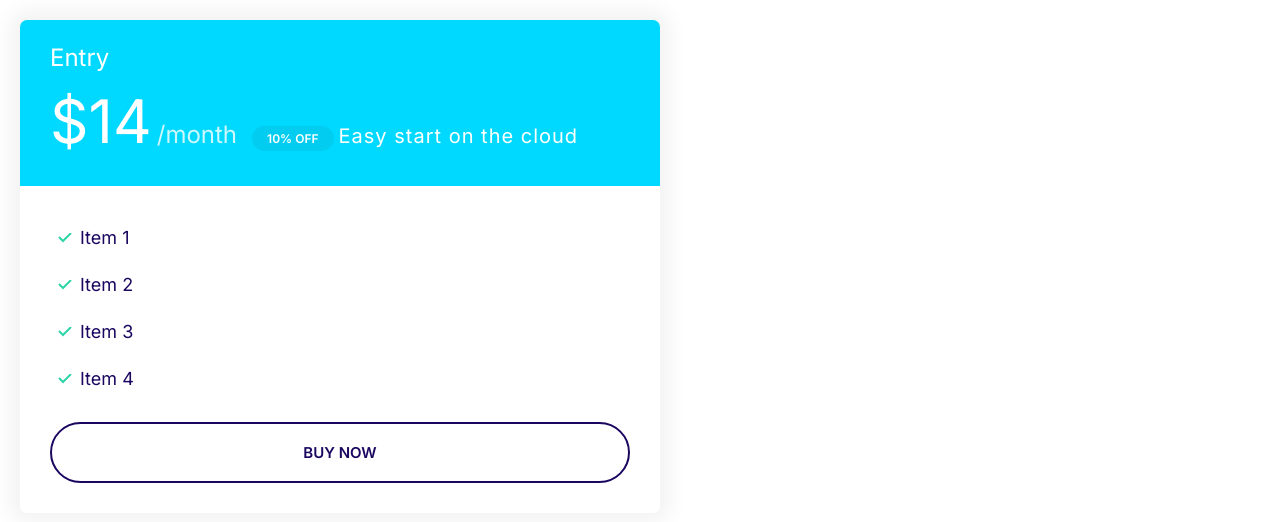
Repository: Qiwenweiii/CodeWithMosh
Page: index.html
The author's editor kept a copy of each file at every save. The page is drawn from the files as they stood at one save, then again after the next save.
The browser window is 1280 px wide. The pictures show the whole page.

Above is the page before, as saved 2021-11-11 22:20:13.

### index.html
<!DOCTYPE html>
<html>

<head>
    <title>CodeWithMosh</title>
    <meta charset="UTF-8" />

    <link rel="preconnect" href="https://fonts.googleapis.com" />
    <link rel="preconnect" href="https://fonts.gstatic.com" crossorigin />
    <link href="https://fonts.googleapis.com/css2?family=Inter:wght@400;600;700&display=swap" rel="stylesheet" />

    <link rel="stylesheet" href="./styles/normalize.css" />
    <link rel="stylesheet" href="./styles/styles.css" />
</head>

<body>
    <div style="width: 50%; margin: 20px">
        <div class="plan">
            <div class="card card--secondary">
                <header class="card__header">
                    <h3 class="plan__name">Entry</h3>
                    <span class="plan__price">$14</span>
                    <span class="plan__billing-cycle">/month</span>
                    <span class="badge badge--secondary badge--small">10% OFF</span>
                    <span class="plan__description">Easy start on the cloud</span>
                </header>
                <div class="card__body">
                    <ul class="list list--tick">
                        <li class="list__item">Item 1</li>
                        <li class="list__item">Item 2</li>
                        <li class="list__item">Item 3</li>
                        <li class="list__item">Item 4</li>
                    </ul>
                    <button class="btn btn--outline btn--block">Buy Now</button>
                </div>
            </div>
        </div>
    </div>
</body>

</html>

### styles/styles.css
:root {
    /* 定义配色变量 */
    /* 主体配色 */
    --color-primary: #2584ff;
    --color-secondary: #00d9ff;
    --color-accent: #ff3400;
    /* 文本配色 */
    --color-headings: #1b0760;
    --color-body: #918ca4;
    --color-border: #ccc;
    --border-radius: 30px;
}

*,
*::before,
*::after {
    box-sizing: border-box;
}


/* 字体配置 */


/* 设置默认字体大小 */

html {
    /* 默认字体大小是16px，62.5%是10px */
    font-size: 62.5%;
}


/* 设置字体，字体大小和文本颜色 */

body {
    font-family: Inter, Arial, Helvetica, sans-serif;
    color: var(--color-body);
    font-size: 2.4rem;
    line-height: 1.5;
}

h1,
h2,
h3 {
    color: var(--color-headings);
    margin-bottom: 1rem;
}

h1 {
    font-size: 7rem;
}

h2 {
    font-size: 4rem;
}

h3 {
    font-size: 3rem;
}

p {
    margin-top: 0;
}


/* PC端页面字体大小 */

@media screen and (min-width: 1024px) {
    body {
        font-size: 1.8rem;
    }
    h1 {
        font-size: 8rem;
    }
    h3 {
        font-size: 2.4rem;
    }
}


/* 链接配置,Links */

a {
    text-decoration: none;
}

.link-arrow {
    color: var(--color-accent);
    text-transform: uppercase;
    font-size: 2rem;
    font-weight: bold;
}

.link-arrow::after {
    content: "-->";
    margin-left: 5px;
    transition: margin 0.15s;
}

.link-arrow:hover::after {
    margin-left: 10px;
}

@media screen and (min-width: 1024px) {
    .link-arrow {
        font-size: 1.5rem;
    }
}


/* 标签的样式 */


/* 结构 */

.badge {
    border-radius: 20px;
    padding: 0.5rem 2rem;
    font-weight: 600;
    font-size: 2rem;
    white-space: nowrap;
}


/* 外观，常规标签 */

.badge--primary {
    background: var(--color-primary);
    color: #fff;
}

.badge--secondary {
    background: var(--color-secondary);
    color: #fff;
}


/* 小标签 */

.badge--small {
    font-size: 1.6rem;
    padding: 0.5rem 1.5rem;
}

@media screen and (min-width: 1024px) {
    .badge {
        font-size: 1.5rem;
    }
    .badge--small {
        font-size: 1.2rem;
    }
}


/* 列表 */

.list {
    list-style: none;
    padding-left: 0;
    color: var(--color-headings);
}

.list--inline .list__item {
    display: inline-block;
    margin-right: 2rem;
}

.list--tick {
    padding-left: 3rem;
    list-style-image: url(../images/tick.svg);
}

.list--tick .list__item {
    padding-left: 0.5rem;
    margin-bottom: 1rem;
}

@media screen and (min-width: 1024px) {
    .list--tick .list__item {
        padding-left: 0;
    }
}


/* Icon，图标 */

.icon-container {
    display: flex;
    justify-content: center;
    align-items: center;
    background: #f3f9fa;
    width: 64px;
    height: 64px;
    border-radius: 100%;
}

.icon {
    width: 40px;
    height: 40px;
}

.icon--primary {
    fill: var(--color-primary);
}


/* 按钮组件 */

.btn {
    font-size: 1.8rem;
    font-weight: 600;
    text-transform: uppercase;
    text-align: center;
    padding: 2rem 3rem;
    margin: 1rem 0;
    border: 0;
    border-radius: 40px;
    cursor: pointer;
    white-space: nowrap;
}

.btn--primary {
    background-color: var(--color-primary);
    color: #fff;
}

.btn--primary:hover {
    background-color: #3a8ffd;
}

.btn--secondary {
    background-color: var(--color-secondary);
    color: #fff;
}

.btn--secondary:hover {
    background-color: #00c8eb;
}

.btn--accent {
    background-color: var(--color-accent);
    color: #fff;
}

.btn--accent:hover {
    background-color: #ec3000;
}

.btn--outline {
    background-color: #fff;
    color: var(--color-headings);
    border: 2px solid var(--color-headings);
}

.btn--outline:hover {
    background-color: var(--color-headings);
    color: #fff;
}

.btn--block {
    width: 100%;
    display: inline-block;
}

@media screen and (min-width: 1024px) {
    .btn {
        font-size: 1.5rem;
    }
}


/* 输入框组件 */

.input {
    padding: 1.5rem 3.5rem;
    border: 1px solid var(--color-border);
    border-radius: var(--border-radius);
    outline: none;
    color: var(--color-headings);
    font-size: 2rem;
}

::placeholder {
    color: #cdcdb7;
}

.input-group {
    display: flex;
    border: 1px solid var(--color-border);
    border-radius: var(--border-radius);
}

.input-group .input {
    border: 0;
    flex-grow: 1;
    /* 按钮在左侧时，或者左侧有其他内容时新增这一句 */
    /* padding: 1.5rem 1rem; */
}

.input-group .btn {
    margin: 4px;
}

@media screen and (min-width: 1024px) {
    .input {
        font-size: 1.5rem;
    }
}


/* 卡片模块 */

.card {
    border-radius: 7px;
    box-shadow: 0 0 20px 10px #f3f3f3;
    overflow: hidden;
}

.card__header,
.card__body {
    padding: 2rem 3rem;
}

.card--primary .card__header {
    background-color: var(--color-primary);
    color: #fff;
}

.card--secondary .card__header {
    background-color: var(--color-secondary);
    color: #fff;
}

.card--secondary .badge--secondary {
    background-color: #02cdf1;
}


/* Plans */

.plan__name {
    color: #fff;
    margin: 0;
    font-size: 2.4rem;
    font-weight: 500;
}

.plan__price {
    font-size: 6rem;
}

.plan__billing-cycle {
    font-size: 2.4rem;
    font-weight: 300;
    opacity: 0.8;
    margin-right: 1rem;
}

.plan__description {
    font-size: 2rem;
    font-weight: 300;
    letter-spacing: 1px;
}

.plan .list__item {
    margin-bottom: 2rem;
}

Loaded but not shown: styles/normalize.css (library)

After the next save:
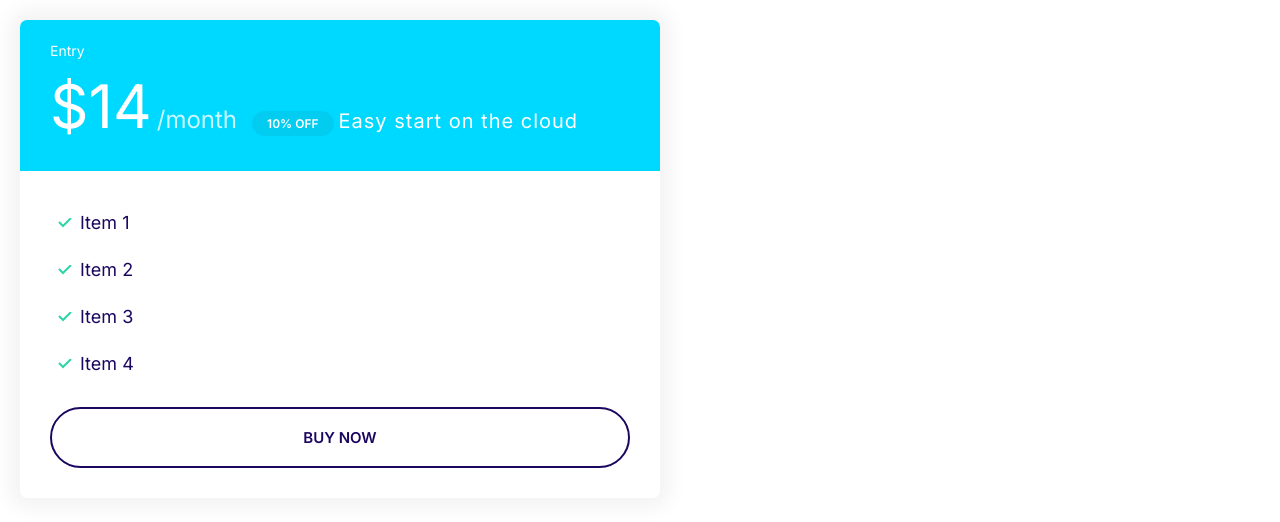
Saved 50 s later.
--- a/styles/styles.css
+++ b/styles/styles.css
@@ -364,3 +364,9 @@ a {
 .plan .list__item {
     margin-bottom: 2rem;
 }
+
+@media screen and (min-width: 1024px) {
+    .plan__name {
+        font-size: 1.4rem;
+    }
+}
